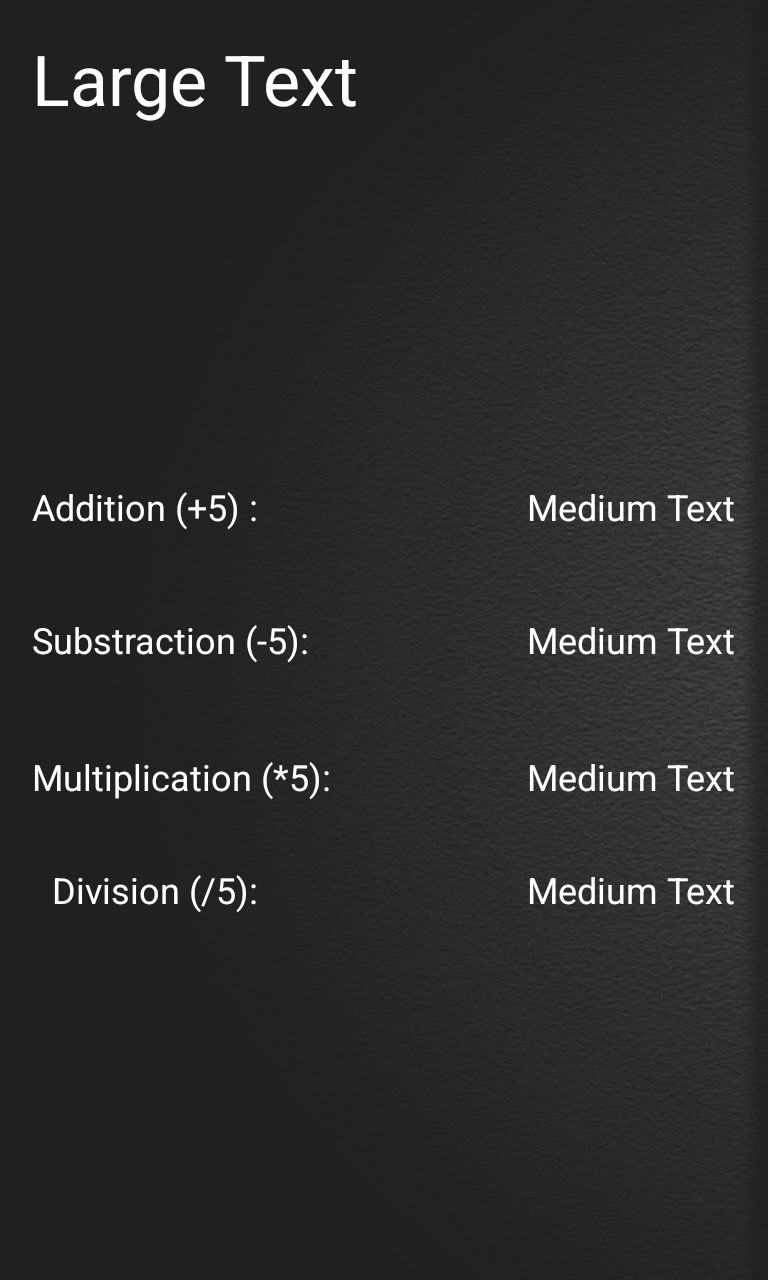
Repository: abhi2175/Abhishek-kumar
Layout: IntentApp/res/layout/activity_second.xml
These files come from the project's save history. The layout is drawn as it stood at one moment and after the next save; the edit follows.
It is drawn on a 768 x 1280 px phone screen (xhdpi) without system bars, with theme AppTheme; the app's code is not run.

Above is the layout before, as saved 2015-10-05 11:58:17.

### IntentApp/res/layout/activity_second.xml
<RelativeLayout xmlns:android="http://schemas.android.com/apk/res/android"
    xmlns:tools="http://schemas.android.com/tools"
    android:layout_width="match_parent"
    android:layout_height="match_parent"
    android:background="@drawable/abhi"
    android:paddingBottom="@dimen/activity_vertical_margin"
    android:paddingLeft="@dimen/activity_horizontal_margin"
    android:paddingRight="@dimen/activity_horizontal_margin"
    android:paddingTop="@dimen/activity_vertical_margin"
    tools:context=".SecondActivity" >

    <TextView
        android:id="@+id/textViewAddRes"
        android:layout_width="wrap_content"
        android:layout_height="wrap_content"
        android:layout_alignBaseline="@+id/textViewAdd"
        android:layout_alignBottom="@+id/textViewAdd"
        android:layout_alignParentRight="true"
        android:text="Medium Text"
        android:textAppearance="?android:attr/textAppearanceMedium"
        android:textColor="#FFFFFF" />

    <TextView
        android:id="@+id/textViewSubRes"
        android:layout_width="wrap_content"
        android:layout_height="wrap_content"
        android:layout_alignBaseline="@+id/textViewSub"
        android:layout_alignBottom="@+id/textViewSub"
        android:layout_alignLeft="@+id/textViewAddRes"
        android:text="Medium Text"
        android:textAppearance="?android:attr/textAppearanceMedium"
        android:textColor="#FFFFFF" />

    <TextView
        android:id="@+id/textViewMulRes"
        android:layout_width="wrap_content"
        android:layout_height="wrap_content"
        android:layout_alignBaseline="@+id/textViewMul"
        android:layout_alignBottom="@+id/textViewMul"
        android:layout_alignLeft="@+id/textViewSubRes"
        android:text="Medium Text"
        android:textAppearance="?android:attr/textAppearanceMedium"
        android:textColor="#FFFFFF" />

    <TextView
        android:id="@+id/textViewDivRes"
        android:layout_width="wrap_content"
        android:layout_height="wrap_content"
        android:layout_alignBaseline="@+id/textViewDiv"
        android:layout_alignBottom="@+id/textViewDiv"
        android:layout_alignParentRight="true"
        android:text="Medium Text"
        android:textAppearance="?android:attr/textAppearanceMedium"
        android:textColor="#FFFFFF" />

    <TextView
        android:id="@+id/textViewDiv"
        android:layout_width="wrap_content"
        android:layout_height="wrap_content"
        android:layout_alignRight="@+id/textViewAdd"
        android:layout_below="@+id/textViewMul"
        android:layout_marginTop="32dp"
        android:text="Division (/5):"
        android:textAppearance="?android:attr/textAppearanceMedium"
        android:textColor="#FFFFFF" />

    <TextView
        android:id="@+id/textViewMul"
        android:layout_width="wrap_content"
        android:layout_height="wrap_content"
        android:layout_alignParentLeft="true"
        android:layout_below="@+id/textViewSub"
        android:layout_marginTop="44dp"
        android:text="Multiplication (*5):"
        android:textAppearance="?android:attr/textAppearanceMedium"
        android:textColor="#FFFFFF" />

    <TextView
        android:id="@+id/textViewAdd"
        android:layout_width="wrap_content"
        android:layout_height="wrap_content"
        android:layout_above="@+id/textViewSubRes"
        android:layout_alignLeft="@+id/textViewSub"
        android:layout_marginBottom="42dp"
        android:text="Addition (+5) :"
        android:textAppearance="?android:attr/textAppearanceMedium"
        android:textColor="#FFFFFF" />

    <TextView
        android:id="@+id/textViewSub"
        android:layout_width="wrap_content"
        android:layout_height="wrap_content"
        android:layout_alignLeft="@+id/textViewMul"
        android:layout_centerVertical="true"
        android:text="Substraction (-5):"
        android:textAppearance="?android:attr/textAppearanceMedium"
        android:textColor="#FFFFFF" />

    <TextView
        android:id="@+id/textViewGreetings"
        android:layout_width="wrap_content"
        android:layout_height="wrap_content"
        android:layout_alignParentLeft="true"
        android:layout_alignParentTop="true"
        android:text="Large Text"
        android:textAppearance="?android:attr/textAppearanceLarge"
        android:textColor="#FFFFFF"
        android:textSize="35dp" />

</RelativeLayout>

Loaded but not shown: IntentApp/res/values/styles.xml (common file); IntentApp/res/values-v11/styles.xml (common file); IntentApp/res/values-v14/styles.xml (common file); IntentApp/res/values/dimens.xml (common file)

After the next save:
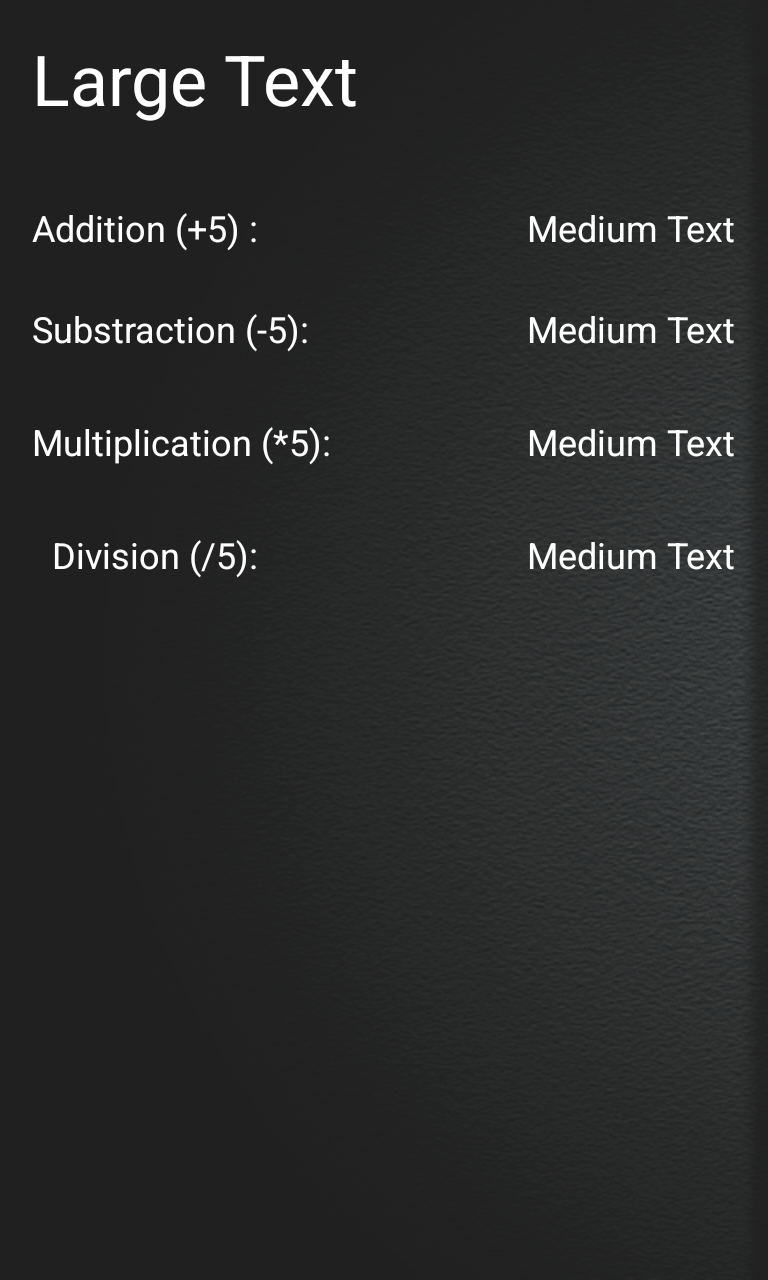
Saved 111 s later.
--- a/IntentApp/res/layout/activity_second.xml
+++ b/IntentApp/res/layout/activity_second.xml
@@ -65,38 +65,6 @@
         android:textColor="#FFFFFF" />
 
     <TextView
-        android:id="@+id/textViewMul"
-        android:layout_width="wrap_content"
-        android:layout_height="wrap_content"
-        android:layout_alignParentLeft="true"
-        android:layout_below="@+id/textViewSub"
-        android:layout_marginTop="44dp"
-        android:text="Multiplication (*5):"
-        android:textAppearance="?android:attr/textAppearanceMedium"
-        android:textColor="#FFFFFF" />
-
-    <TextView
-        android:id="@+id/textViewAdd"
-        android:layout_width="wrap_content"
-        android:layout_height="wrap_content"
-        android:layout_above="@+id/textViewSubRes"
-        android:layout_alignLeft="@+id/textViewSub"
-        android:layout_marginBottom="42dp"
-        android:text="Addition (+5) :"
-        android:textAppearance="?android:attr/textAppearanceMedium"
-        android:textColor="#FFFFFF" />
-
-    <TextView
-        android:id="@+id/textViewSub"
-        android:layout_width="wrap_content"
-        android:layout_height="wrap_content"
-        android:layout_alignLeft="@+id/textViewMul"
-        android:layout_centerVertical="true"
-        android:text="Substraction (-5):"
-        android:textAppearance="?android:attr/textAppearanceMedium"
-        android:textColor="#FFFFFF" />
-
-    <TextView
         android:id="@+id/textViewGreetings"
         android:layout_width="wrap_content"
         android:layout_height="wrap_content"
@@ -107,4 +75,47 @@
         android:textColor="#FFFFFF"
         android:textSize="35dp" />
 
+    <TextView
+        android:id="@+id/textViewAdd"
+        android:layout_width="wrap_content"
+        android:layout_height="wrap_content"
+        android:layout_alignLeft="@+id/textViewGreetings"
+        android:layout_below="@+id/textViewGreetings"
+        android:layout_marginTop="39dp"
+        android:text="Addition (+5) :"
+        android:textAppearance="?android:attr/textAppearanceMedium"
+        android:textColor="#FFFFFF" />
+
+    <TextView
+        android:id="@+id/textViewSub"
+        android:layout_width="wrap_content"
+        android:layout_height="wrap_content"
+        android:layout_alignParentLeft="true"
+        android:layout_below="@+id/textViewAdd"
+        android:layout_marginTop="26dp"
+        android:text="Substraction (-5):"
+        android:textAppearance="?android:attr/textAppearanceMedium"
+        android:textColor="#FFFFFF" />
+
+    <TextView
+        android:id="@+id/textViewMul"
+        android:layout_width="wrap_content"
+        android:layout_height="wrap_content"
+        android:layout_alignLeft="@+id/textViewSub"
+        android:layout_below="@+id/textViewSub"
+        android:layout_marginTop="32dp"
+        android:text="Multiplication (*5):"
+        android:textAppearance="?android:attr/textAppearanceMedium"
+        android:textColor="#FFFFFF" />
+
+    <TextView
+        android:id="@+id/textViewResult"
+        android:layout_width="wrap_content"
+        android:layout_height="wrap_content"
+        android:layout_below="@+id/textViewDiv"
+        android:layout_centerHorizontal="true"
+        android:layout_marginTop="59dp"
+        android:textAppearance="?android:attr/textAppearanceMedium"
+        android:textColor="#FFFFFF" />
+
 </RelativeLayout>
